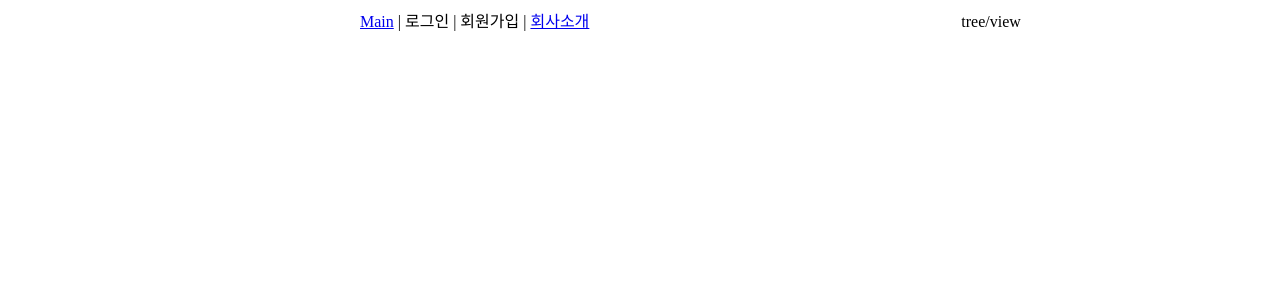
Repository: bhj305/JSP_Servlet
Page: http://localhost/MustHaveJSP/01PersonalProject/top.jsp
These files come from the project's save history. The page is drawn as it stood at one moment and after the next save; the edit follows.
The browser window is 1280 px wide. The pictures show the whole page.
The page is served by Tomcat 10.

Above is the page before, as saved 2025-05-05 14:29:30.

After the next save:
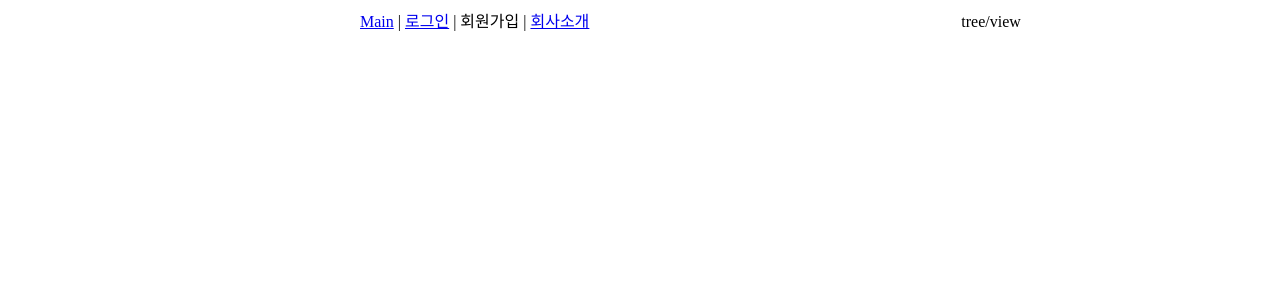
Saved 39 s later.
--- a/MustHaveJSP/src/main/webapp/01PersonalProject/top.jsp
+++ b/MustHaveJSP/src/main/webapp/01PersonalProject/top.jsp
@@ -12,7 +12,7 @@
 
                 <tr height="10%">
                     <td colspan = "2" align="center">
-                    <a href="#">Main</a> | 로그인 | 회원가입 | <a href="#">회사소개</a>
+                    <a href="#">Main</a> | <a href="#">로그인</a> | 회원가입 | <a href="#">회사소개</a>
                     </td>
                 </tr>
 
